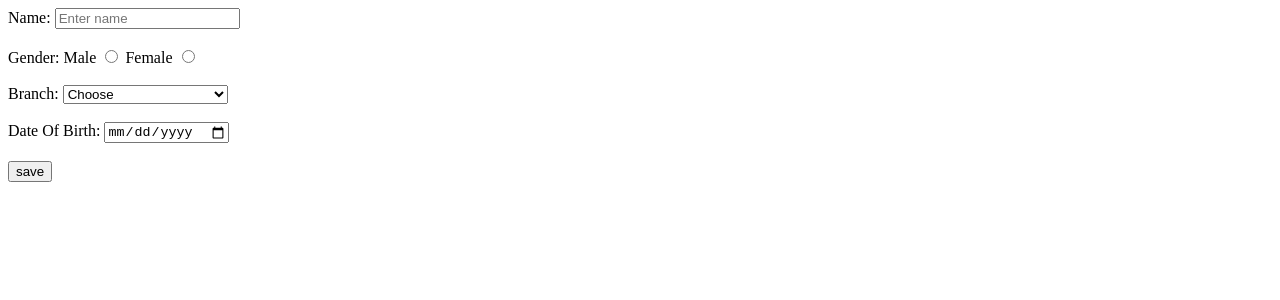
Repository: netravatih-paycorp/Assignments
Page: http://localhost/SpringMvc/home.jsp
An editor plug-in stored every save of this project. The page is shown before and after the next save, followed by the edit.
The browser window is 1280 px wide. The pictures show the whole page.
The page is served by Tomcat 9. Other server files are loaded and not shown.

Above is the page before, as saved 2023-07-17 11:09:27.

### SpringMvc/src/main/webapp/home.jsp
<html>
<head>
<script>
function validateDate()
{
  var dateInput = document.getElementById("DOB").value;
  var datePattern = /^\d{2}\/\d{2}\/\d{4}$/;

  if (!datePattern.test(dateInput))
  {
    alert("Invalid date format! Please use dd/mm/yyyy.");
  }
  else
  {
    alert("Date is valid!");
  }
}
</script>

</head>

<body>
    <form action="save" method="post" onsubmit="return validateDate()">

		Name: <input type="text" name="name" placeholder="Enter name">
		<br>
		<br>

		Gender: <label>Male</label>	<input type="radio" name="gender" value="male">
		<label>Female</label>	<input type="radio" name="gender" value="female">
		 <br>
		 <br>

		Branch: <select  name="branch" >
		   <option> Choose </option>
           <option>Computer Science</option>
           <option>Electrical Engineering</option>
           <option >Mechanical Engineering</option>
           <option>Civil Engineering</option>
           <option>E&C Engineering</option>
           </select>
       <br>
       <br>

		Date Of Birth: <input type="date" name="date of birth" >
        <br>
        <br>
		<input type="submit" value="save">
	</form>


</body>
</html>

After the next save:
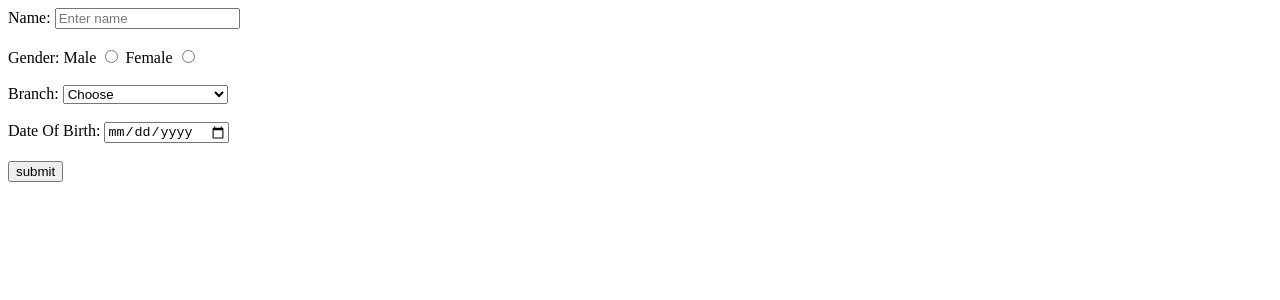
Saved 8 min 45 s later.
--- a/SpringMvc/src/main/webapp/home.jsp
+++ b/SpringMvc/src/main/webapp/home.jsp
@@ -8,7 +8,7 @@ function validateDate()
 
   if (!datePattern.test(dateInput))
   {
-    alert("Invalid date format! Please use dd/mm/yyyy.");
+    alert("Invalid date format!");
   }
   else
   {
@@ -45,7 +45,7 @@ function validateDate()
 		Date Of Birth: <input type="date" name="date of birth" >
         <br>
         <br>
-		<input type="submit" value="save">
+		<input type="submit" value="submit">
 	</form>
 
 
